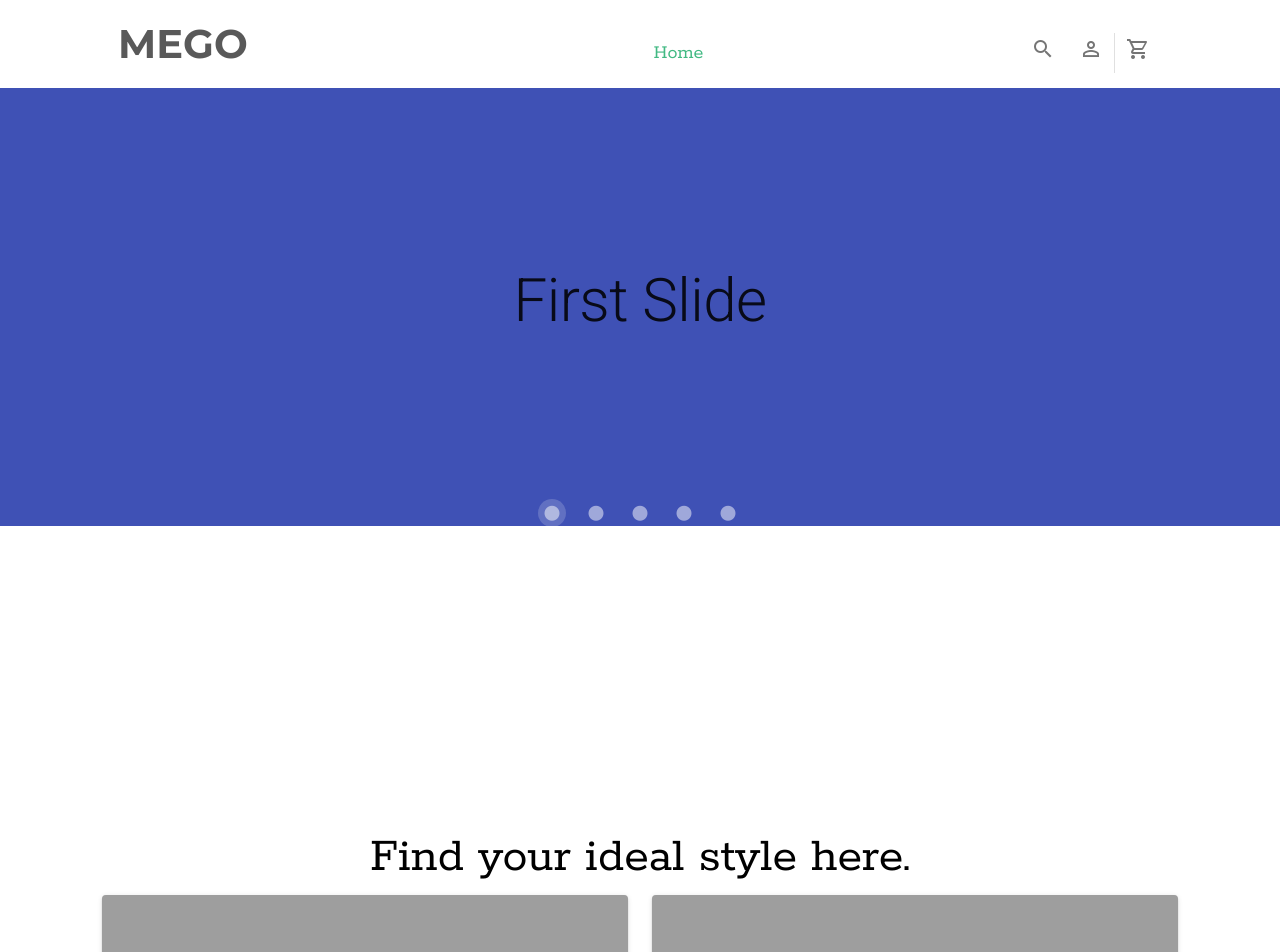
Repository: nguyenphuong152/shoesstore
Page: / (app in frontend-customer/)
An editor plug-in stored every save of this project. The page is shown before and after the next save, followed by the edit.
The browser window is 1280 px wide. The pictures show the part of the page from y = 0 to 952 px (the page is 2738 px tall before and 720 px after).
Pictures or frames that could not be fetched are drawn as grey boxes. The project was rebuilt for these pictures with package versions that can differ from the ones it lists, and the page was loaded fresh each time. Also part of the build but not shown: frontend-customer/vue.config.js, frontend-customer/src/views/Men.vue, frontend-customer/src/views/Women.vue.

Above is the page before, as saved 2020-11-19 15:17:23.

After the next save:
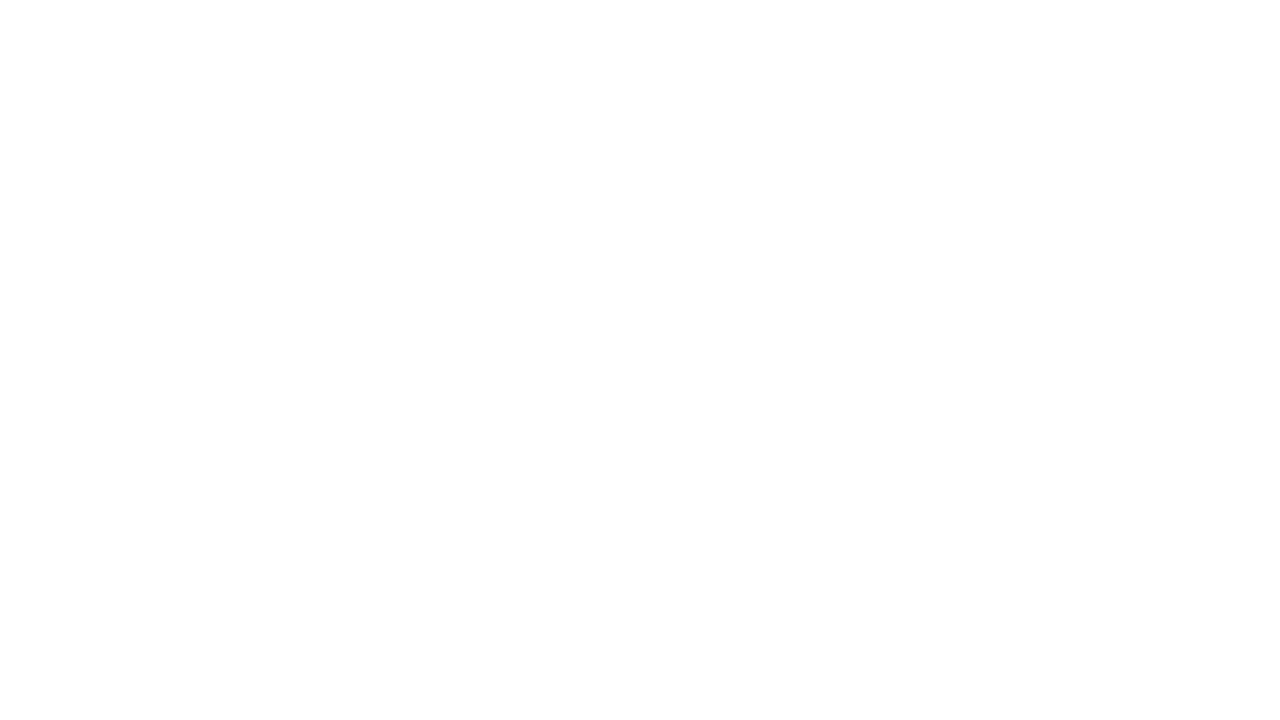
Console error: ReferenceError: V is not defined
Saved 7 min 18 s later.
--- a/frontend-customer/src/components/Toolbar.vue
+++ b/frontend-customer/src/components/Toolbar.vue
@@ -5,9 +5,16 @@
         <v-toolbar-title id="logo">MEGO</v-toolbar-title>
       </v-col>
       <v-col class="d-flex justify-space-around text-start nav">
-      <v-menu offset-y>
+        <v-menu offset-y>
       <template v-slot:activator="{ on, attrs }">
-        <router-link to="/" v-bind="attrs" v-on="on">Home</router-link>
+        <v-btn
+          color="primary"
+          dark
+          v-bind="attrs"
+          v-on="on"
+        >
+          Dropdown
+        </v-btn>
       </template>
       <v-list>
         <v-list-item
@@ -18,8 +25,8 @@
         </v-list-item>
       </v-list>
     </v-menu>
-
-        <!-- <router-link to="/men">Men</router-link>
+        <!-- <router-link to="/">Home</router-link>
+        <router-link to="/men">Men</router-link>
         <router-link to="/women">Women</router-link>
         <router-link to="/about">About</router-link>
         <router-link to="/contact">Contact</router-link> -->
@@ -43,14 +50,7 @@
 
 <script>
 export default {
-  data: () => ({
-      items: [
-        { title: 'Click Me' },
-        { title: 'Click Me' },
-        { title: 'Click Me' },
-        { title: 'Click Me 2' },
-      ],
-    }),
+  V
 };
 </script>
 

After the save that followed:
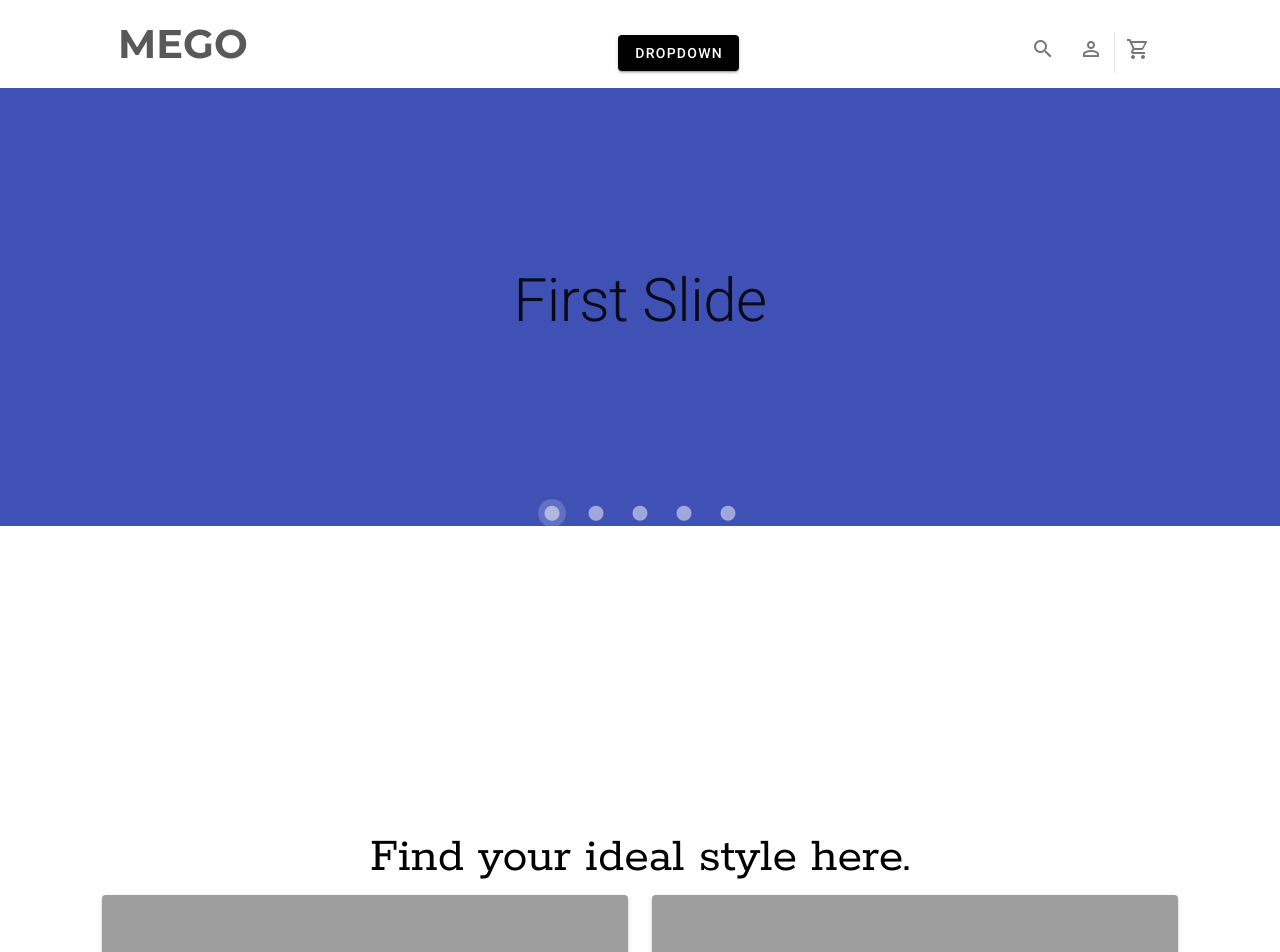
The error is gone.
Saved 48 s later.
--- a/frontend-customer/src/components/Toolbar.vue
+++ b/frontend-customer/src/components/Toolbar.vue
@@ -50,7 +50,14 @@
 
 <script>
 export default {
-  V
+  data: () => ({
+      items: [
+        { title: 'Click Me' },
+        { title: 'Click Me' },
+        { title: 'Click Me' },
+        { title: 'Click Me 2' },
+      ],
+    }),
 };
 </script>
 
